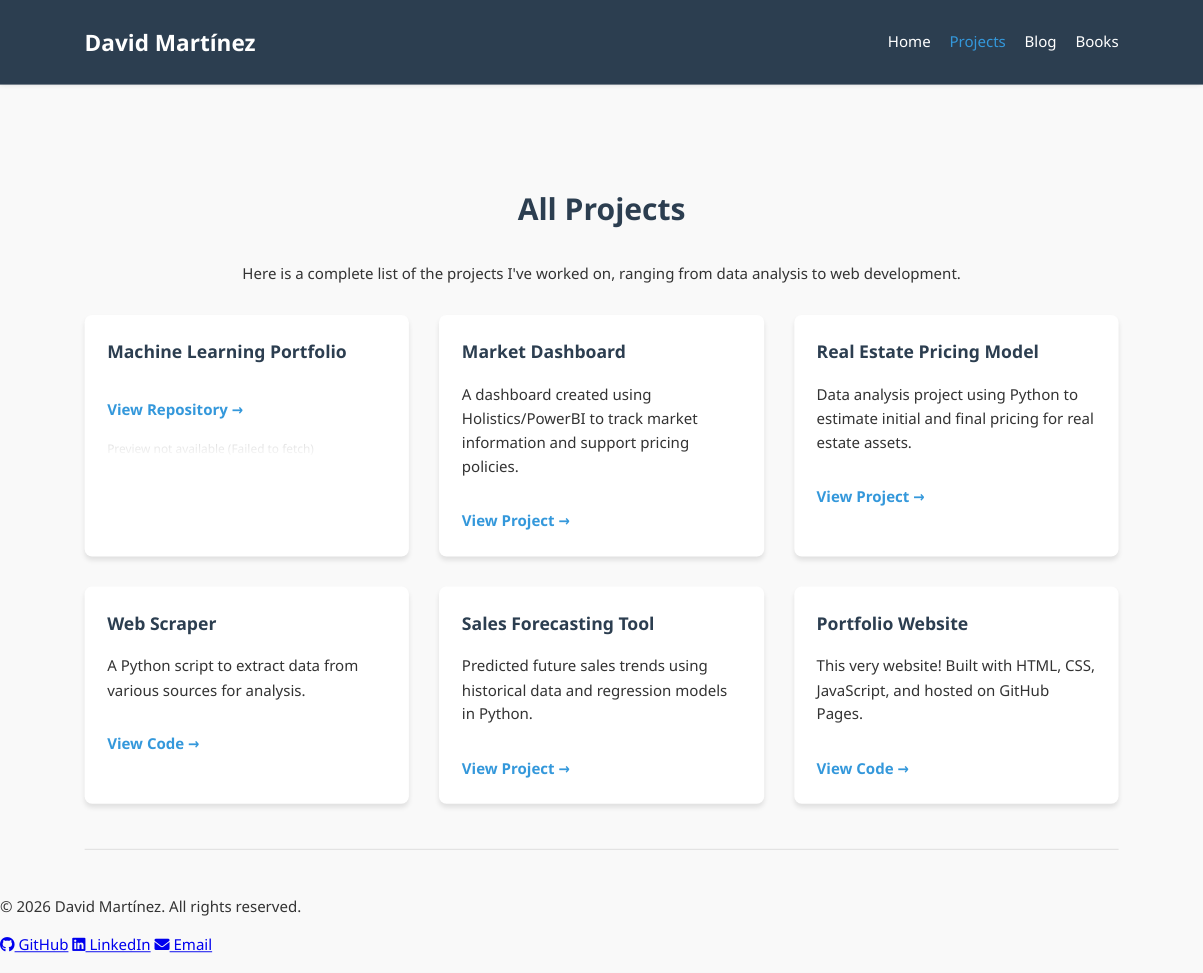
Repository: davidsmv/davidsmv.github.io
Page: projects.html
An editor plug-in stored every save of this project. The page is shown before and after the next save, followed by the edit.
The browser window is 1280 px wide. The pictures show the whole page, at 94% of full size.
The page's requests for data from a server got no answer.

Above is the page before, as saved 2026-01-19 17:24:18.

### projects.html
<!DOCTYPE html>
<html lang="en">
<head>
    <!-- Google Tag Manager -->
    <script>(function(w,d,s,l,i){w[l]=w[l]||[];w[l].push({'gtm.start':
    new Date().getTime(),event:'gtm.js'});var f=d.getElementsByTagName(s)[0],
    j=d.createElement(s),dl=l!='dataLayer'?'&l='+l:'';j.async=true;j.src=
    'https://www.googletagmanager.com/gtm.js?id='+i+dl;f.parentNode.insertBefore(j,f);
    })(window,document,'script','dataLayer','GTM-K4HP3RM');</script>
    <!-- End Google Tag Manager -->

    <meta charset="UTF-8">
    <meta name="viewport" content="width=device-width, initial-scale=1.0">
    <meta http-equiv="X-UA-Compatible" content="ie=edge">
    <title>Projects - David Martínez</title>

    <!-- Link to your new styles -->
    <link rel="stylesheet" href="styles.css">
    <link rel="stylesheet" href="https://cdnjs.cloudflare.com/ajax/libs/font-awesome/6.0.0/css/all.min.css">
    <!-- Marked Library for Markdown rendering -->
    <script src="https://cdn.jsdelivr.net/npm/marked/marked.min.js"></script>
</head>
<body>
    <!-- Google Tag Manager (noscript) -->
    <noscript><iframe src="https://www.googletagmanager.com/ns.html?id=GTM-K4HP3RM"
    height="0" width="0" style="display:none;visibility:hidden"></iframe></noscript>
    <!-- End Google Tag Manager (noscript) -->

    <header>
        <nav>
            <div class="logo"><a href="index.html" style="color: white; text-decoration: none;">David Martínez</a></div>
            <ul class="nav-links">
                <li><a href="index.html">Home</a></li>
                <li><a href="projects.html" style="color: var(--accent-color);">Projects</a></li>
                <li><a href="blog.html">Blog</a></li>
                <li><a href="books.html">Books</a></li>
            </ul>
        </nav>
    </header>

    <div class="container">
        <section>
            <h2>All Projects</h2>
            <p style="text-align: center; margin-bottom: 30px;">
                Here is a complete list of the projects I've worked on, ranging from data analysis to web development.
            </p>

            <div class="projects-grid" id="all-projects">
                <!-- Content will be loaded from scripts.js -->
            </div>
        </section>
    </div>

    <footer>
        <p>&copy; 2026 David Martínez. All rights reserved.</p>
        <p>
            <a href="https://github.com/davidsmv" target="_blank"><i class="fab fa-github"></i> GitHub</a>
            <a href="https://www.linkedin.com/in/davidsmv" target="_blank"><i class="fab fa-linkedin"></i> LinkedIn</a>
            <a href="mailto:david-martinezv@hotmail.com"><i class="fas fa-envelope"></i> Email</a>
        </p>
    </footer>

    <!-- Load scripts -->
    <script src="data/projects.js"></script>
    <script src="js/scripts.js"></script>
    <script>
        renderProjects('all-projects');
    </script>
</body>
</html>

### styles.css
/* Root variables for easy customization */
:root {
  --primary-color: #2c3e50; /* Dark Blue */
  --accent-color: #3498db;  /* Light Blue */
  --bg-color: #f9f9f9;      /* Light Gray Background */
  --text-color: #333;       /* Dark Text */
  --card-bg: #fff;          /* White Card Background */
  --font-main: 'Segoe UI', Tahoma, Geneva, Verdana, sans-serif;
}

body {
  font-family: var(--font-main);
  background-color: var(--bg-color);
  color: var(--text-color);
  margin: 0;
  padding: 0;
  line-height: 1.6;
}

/* Header & Navigation */
header {
  background-color: var(--primary-color);
  color: #fff;
  padding: 1rem 0;
  position: sticky;
  top: 0;
  z-index: 1000;
  box-shadow: 0 2px 5px rgba(0,0,0,0.1);
}

nav {
  display: flex;
  justify-content: space-between;
  align-items: center;
  max-width: 1100px;
  margin: 0 auto;
  padding: 0 20px;
}

.logo {
  font-size: 1.5rem;
  font-weight: bold;
}

.nav-links {
  list-style: none;
  display: flex;
}

.nav-links li {
  margin-left: 20px;
}

.nav-links a {
  color: #fff;
  text-decoration: none;
  font-weight: 500;
  transition: color 0.3s;
}

.nav-links a:hover {
  color: var(--accent-color);
}

/* Sections */
.container {
  max-width: 1100px;
  margin: 0 auto;
  padding: 2rem 20px;
}

section {
  padding: 3rem 0;
  border-bottom: 1px solid #ddd;
}

section h2 {
  text-align: center;
  margin-bottom: 2rem;
  color: var(--primary-color);
  font-size: 2rem;
}

/* About Section */
.about-content {
  display: flex;
  flex-wrap: wrap;
  align-items: center;
  gap: 2rem;
}

.about-text {
  flex: 1;
  min-width: 300px;
}

.about-image {
  flex: 1;
  text-align: center;
  min-width: 300px;
}

.profile-pic {
  width: 200px;
  height: 200px;
  border-radius: 50%;
  object-fit: cover;
  border: 4px solid var(--accent-color);
}

/* Projects Grid */
.projects-grid {
  display: grid;
  grid-template-columns: repeat(auto-fit, minmax(300px, 1fr));
  gap: 2rem;
}

.project-card {
  background: var(--card-bg);
  padding: 1.5rem;
  border-radius: 8px;
  box-shadow: 0 4px 6px rgba(0,0,0,0.1);
  transition: transform 0.3s ease;
}

.project-card:hover {
  transform: translateY(-5px);
}

.project-card h3 {
  margin-top: 0;
  color: var(--primary-color);
}

.project-link {
  display: inline-block;
  margin-top: 1rem;
  color: var(--accent-color);
  text-decoration: none;
  font-weight: bold;
}

/* Blog & Books (General Card Style) */
.card-list {
  display: flex;
  flex-direction: column;
  gap: 1.5rem;
}

.list-item {
  background: var(--card-bg);
  padding: 1.5rem;
  border-radius: 8px;
  box-shadow: 0 2px 4px rgba(0,0,0,0.05);
  display: flex;
  justify-content: space-between;
  align-items: center;
}

.list-item a {
  color: var(--accent-color);
  text-decoration: none;
  font-weight: bold;
}

/* Modal specific styles */
.modal {
  display: none;
  position: fixed;
  z-index: 2000;
  padding-top: 100px;
  left: 0;
  top: 0;
  width: 100%;
  height: 100%;
  overflow: auto;
  background-color: rgb(0,0,0);
  background-color: rgba(0,0,0,0.4);
}

.modal-content {
  background-color: #fefefe;
  margin: auto;
  padding: 20px;
  border: 1px solid #888;
  width: 80%;
  max-width: 800px;
  border-radius: 8px;
  position: relative;
  max-height: 80vh;
  overflow-y: auto;
}

.close-modal {
  color: #aaaaaa;
  float: right;
  font-size: 28px;
  font-weight: bold;
  cursor: pointer;
}

.close-modal:hover,
.close-modal:focus {
  color: #000;
  text-decoration: none;
  cursor: pointer;
}

/* Markdown Content Styling within Modal */
.markdown-body {
  font-family: var(--font-main);
  line-height: 1.6;
}
.markdown-body h1, .markdown-body h2, .markdown-body h3 {
  color: var(--primary-color);
  margin-top: 1.5em;
}
.markdown-body code {
  background-color: #f0f0f0;
  padding: 2px 4px;
  border-radius: 4px;
}
.markdown-body pre {
  background-color: #f0f0f0;
  padding: 10px;
  border-radius: 4px;
  overflow-x: auto;
}
.markdown-body img {
  max-width: 100%;
  height: auto;
}

/* Project Preview in Card */
.project-readme-preview {
  margin-top: 10px;
  /* Removed gray background/border for cleaner text look */
  /* background-color: #f4f4f4; */
  /* border: 1px solid #ddd; */
  font-size: 0.95rem; /* Slightly larger for readability */
  color: var(--text-color);

  /* Restrict height to show only the "first part" */
  max-height: 250px; /* Increased slightly */
  overflow: hidden;
  position: relative;
}

.project-readme-preview::after {
  /* Fade out effect at the bottom */
  content: "";
  position: absolute;
  bottom: 0;
  left: 0;
  width: 100%;
  height: 80px; /* Longer fade for smoother transition */
  background: linear-gradient(to bottom, rgba(255,255,255,0), rgba(255,255,255,1));
}

.project-readme-preview img {
  max-width: 100%;
  height: auto;
  border-radius: 4px;
}

.project-readme-preview h1 { font-size: 1.4rem; margin-top: 0; }
.project-readme-preview h2 { font-size: 1.2rem; margin-top: 10px; }
.project-readme-preview h3 { font-size: 1.1rem; }


/* Responsive */
@media (max-width: 768px) {
  nav {
    flex-direction: column;
  }

  .nav-links {
    margin-top: 1rem;
  }

  .nav-links li {
    margin: 0 10px;
  }

  .about-content {
    flex-direction: column-reverse;
    text-align: center;
  }
}

### data/projects.js
const projectsData = [
    {
        title: "Machine Learning Portfolio",
        description: "A comprehensive collection of my Machine Learning projects and experiments.",
        link: "https://github.com/davidsmv/MachineLearningPortfolio",
        linkText: "View Repository",
        readmeUrl: "https://raw.githubusercontent.com/davidsmv/MachineLearningPortfolio/main/README.md"
    },
    {
        title: "Market Dashboard",
        description: "A dashboard created using Holistics/PowerBI to track market information and support pricing policies.",
        link: "#",
        linkText: "View Project"
    },
    {
        title: "Real Estate Pricing Model",
        description: "Data analysis project using Python to estimate initial and final pricing for real estate assets.",
        link: "#",
        linkText: "View Project"
    },
    {
        title: "Web Scraper",
        description: "A Python script to extract data from various sources for analysis.",
        link: "#",
        linkText: "View Code"
    },
    {
        title: "Sales Forecasting Tool",
        description: "Predicted future sales trends using historical data and regression models in Python.",
        link: "#",
        linkText: "View Project"
    },
    {
        title: "Portfolio Website",
        description: "This very website! Built with HTML, CSS, JavaScript, and hosted on GitHub Pages.",
        link: "#",
        linkText: "View Code"
    }
];

### js/scripts.js
// ============================================
// LOGIC SECTION - DO NOT EDIT UNLESS NECESSARY
// ============================================

// Helper function to fetch and render README
async function loadReadme(url, elementId) {
    const element = document.getElementById(elementId);
    if (!element) return;

    try {
        const response = await fetch(url);
        if (!response.ok) throw new Error("Failed to load");
        const text = await response.text();

        // Use marked to parse, or fallback to text
        if (typeof marked !== 'undefined') {
            element.innerHTML = marked.parse(text);
        } else {
            element.innerText = text;
        }
    } catch (error) {
        element.innerHTML = `<small style="color: #666;">Preview not available (${error.message})</small>`;
    }
}

function renderProjects(containerId, limit = null) {
    const container = document.getElementById(containerId);
    if (!container) return;

    // Use projectsData from data/projects.js
    const dataToRender = limit ? projectsData.slice(0, limit) : projectsData;

    container.innerHTML = dataToRender.map((project, index) => {
        // Create unique ID for the readme container
        const readmeId = `readme-${containerId}-${index}`;

        let contentSection = '';

        if (project.readmeUrl) {
            // IF we have a README, we use it as the description
            contentSection = `
                <div style="margin-bottom: 15px;">
                     <a href="${project.link}" class="project-link">${project.linkText} &rarr;</a>
                </div>
                <div id="${readmeId}" class="project-readme-preview">
                    Loading description...
                </div>
                <!-- Optional: Read More link if it's truncated? The preview has a fade out, so a link to the repo is good -->
            `;
            // Trigger fetch
            setTimeout(() => loadReadme(project.readmeUrl, readmeId), 0);
        } else {
            // Fallback to manual description
            contentSection = `
                <p>${project.description}</p>
                <a href="${project.link}" class="project-link">${project.linkText} &rarr;</a>
            `;
        }

        return `
        <div class="project-card">
            <h3>${project.title}</h3>
            ${contentSection}
        </div>
    `}).join('');
}

function renderBlogs(containerId, limit = null) {
    const container = document.getElementById(containerId);
    if (!container) return;

    // Use blogData from data/blogs.js
    const dataToRender = limit ? blogData.slice(0, limit) : blogData;

    container.innerHTML = dataToRender.map(post => `
        <div class="list-item">
            <div>
                <h3>${post.title}</h3>
                <p>${post.description}</p>
                <small>Published on ${post.date}</small>
            </div>
            <a href="${post.link}" target="_blank">${post.linkText} <i class="fas fa-external-link-alt"></i></a>
        </div>
    `).join('');
}

function renderBooks(containerId, limit = null) {
    const container = document.getElementById(containerId);
    if (!container) return;

    // Use bookData from data/books.js
    const dataToRender = limit ? bookData.slice(0, limit) : bookData;

    container.innerHTML = dataToRender.map(book => {
        if (book.goodreadsHtml) {
            return `
                <div class="list-item" style="display: block; overflow: auto;">
                    ${book.goodreadsHtml}
                </div>
            `;
        }
        return `
            <div class="list-item">
                <div>
                    <h3>${book.title}</h3>
                    <p><strong>Author:</strong> ${book.author}</p>
                    <p><em>"${book.review}"</em></p>
                    ${book.rating ? `<p><strong>Rating:</strong> ${book.rating}</p>` : ''}
                </div>
                <a href="${book.link}" target="_blank">${book.linkText} <i class="fas fa-book-open"></i></a>
            </div>
        `;
    }).join('');
}

After the next save:
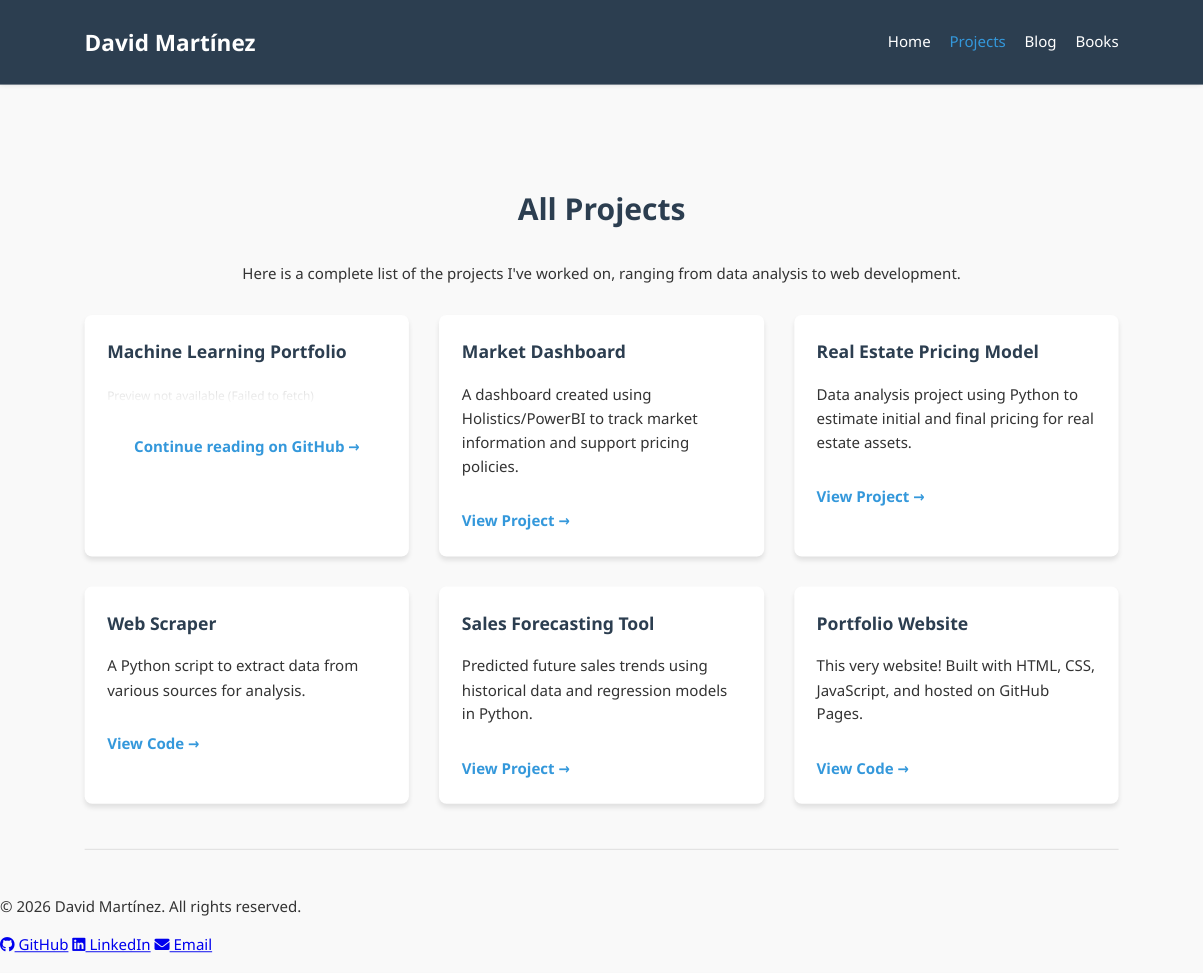
Saved 2 min 47 s later.
--- a/js/scripts.js
+++ b/js/scripts.js
@@ -39,13 +39,12 @@ function renderProjects(containerId, limit = null) {
         if (project.readmeUrl) {
             // IF we have a README, we use it as the description
             contentSection = `
-                <div style="margin-bottom: 15px;">
-                     <a href="${project.link}" class="project-link">${project.linkText} &rarr;</a>
-                </div>
                 <div id="${readmeId}" class="project-readme-preview">
                     Loading description...
                 </div>
-                <!-- Optional: Read More link if it's truncated? The preview has a fade out, so a link to the repo is good -->
+                <div style="margin-top: 15px; text-align: center;">
+                     <a href="${project.link}" class="project-link" target="_blank">Continue reading on GitHub &rarr;</a>
+                </div>
             `;
             // Trigger fetch
             setTimeout(() => loadReadme(project.readmeUrl, readmeId), 0);
@@ -53,7 +52,9 @@ function renderProjects(containerId, limit = null) {
             // Fallback to manual description
             contentSection = `
                 <p>${project.description}</p>
-                <a href="${project.link}" class="project-link">${project.linkText} &rarr;</a>
+                <div style="margin-top: 15px;">
+                    <a href="${project.link}" class="project-link">${project.linkText} &rarr;</a>
+                </div>
             `;
         }
 
